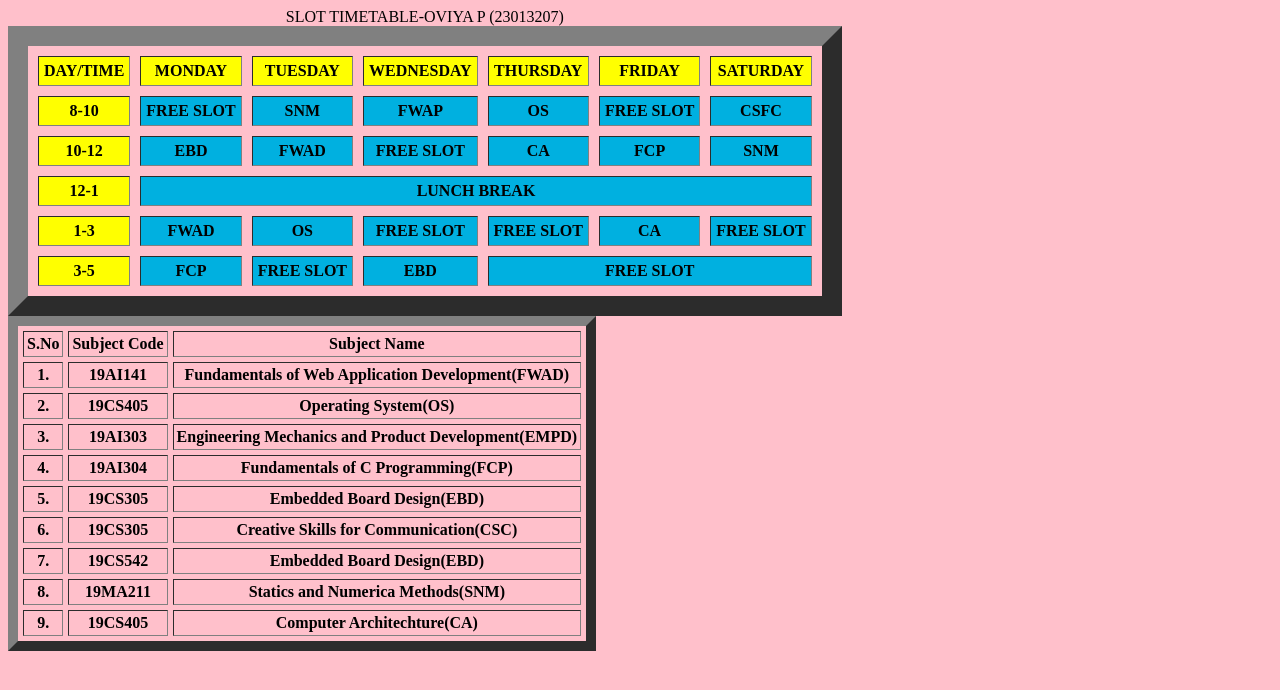
Repository: Oviya24032K6/slot
Page: oviya/static/time.html
These files come from the project's save history. The page is drawn as it stood at one moment and after the next save; the edit follows.
The browser window is 1280 px wide. The pictures show the whole page.

Above is the page before, as saved 2024-03-13 20:58:31.

After the next save:
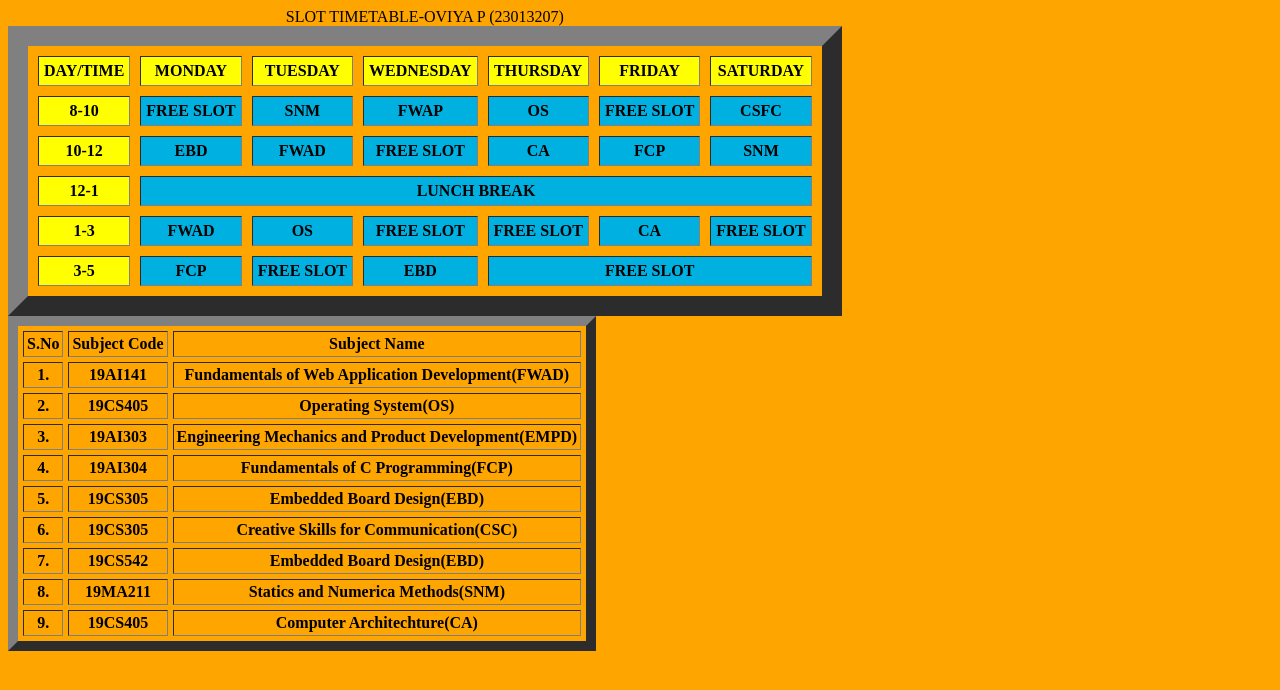
Saved 42 s later.
--- a/oviya/static/time.html
+++ b/oviya/static/time.html
@@ -2,7 +2,7 @@
     <head>
         <title>SLOT TIMETABLE-OVIYA P (23013207)</title>
     </head>
-    <body bgcolor="pink" align="center" >
+    <body bgcolor="orange" align="center" >
     <table align="left" border="20" cellspacing="10" cellpadding="5">
     <caption>SLOT TIMETABLE-OVIYA P (23013207)</caption>
         <tr>
